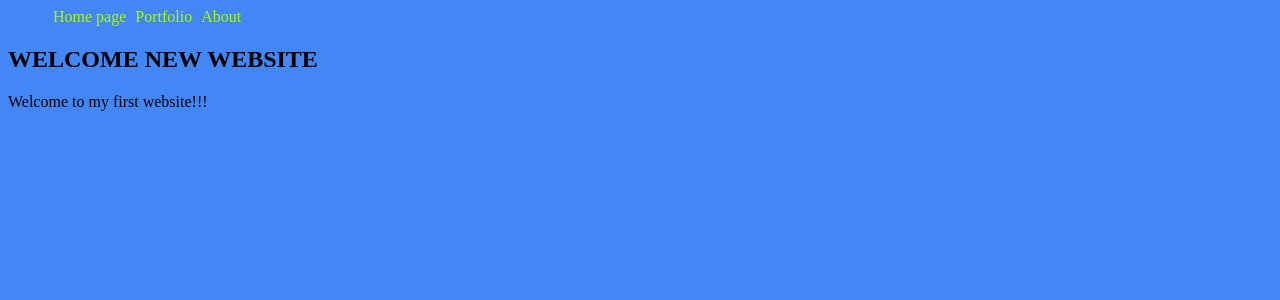
Repository: KevinBach02/KevinBach02.github.io
Page: old/index.html
The author's editor kept a record of every edit. The page is drawn from the files as they stood at one moment, then again after the next edit.
The browser window is 1280 px wide. The pictures show the whole page.

Above is the page before.

After the next edit:
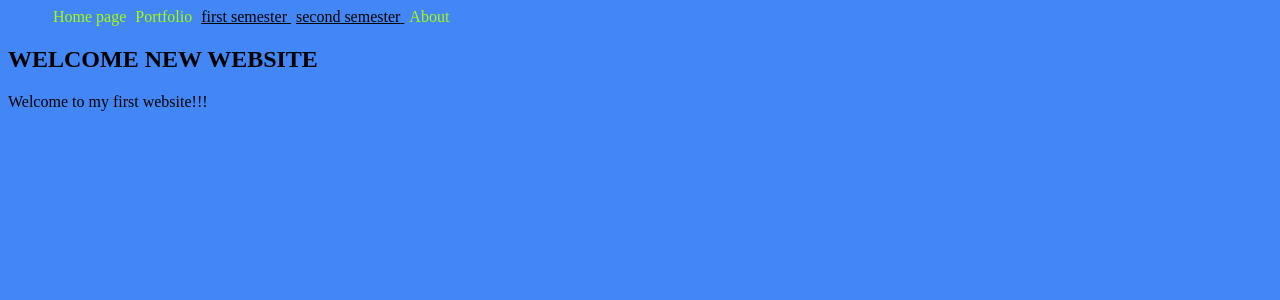
The edit:
--- a/old/index.html
+++ b/old/index.html
@@ -10,8 +10,9 @@
        <li><a href="index.html">Home page</a></li>
        <li><a href="portfolio">Portfolio</a>
            <u>
-
-       </u>
+            <li>first semester</li>
+            <li>second semester</li>
+           </u>
        </li>
        <li><a href="about.html">About</a></li>
        </ul>
